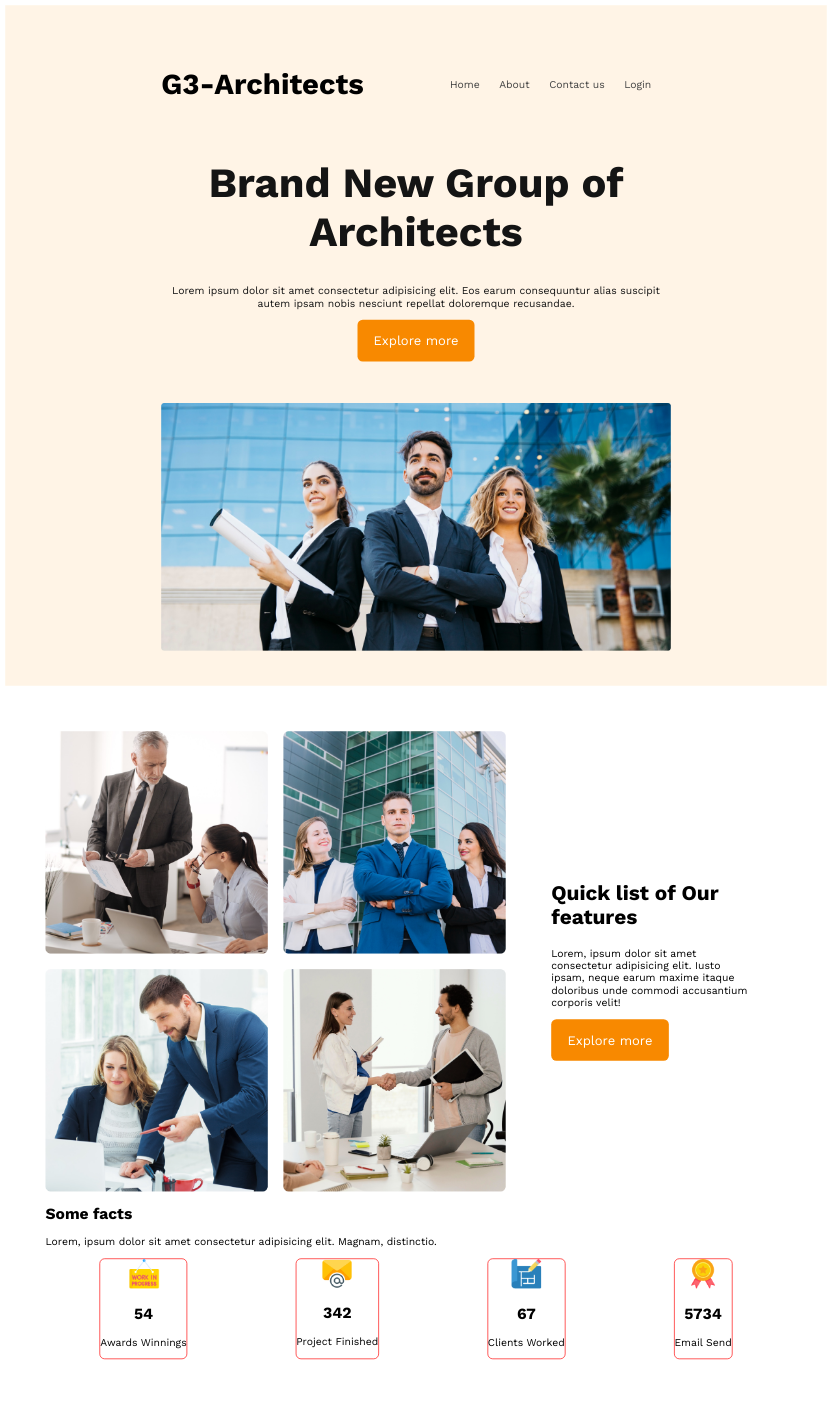
Repository: RudrasahaDibos/architects-resources
Page: index.html
These files come from the project's save history. The page is drawn as it stood at one moment and after the next save; the edit follows.
The browser window is 1280 px wide. The pictures show the whole page, at 65% of full size.

Above is the page before, as saved 2024-10-06 22:17:13.

After the next save:
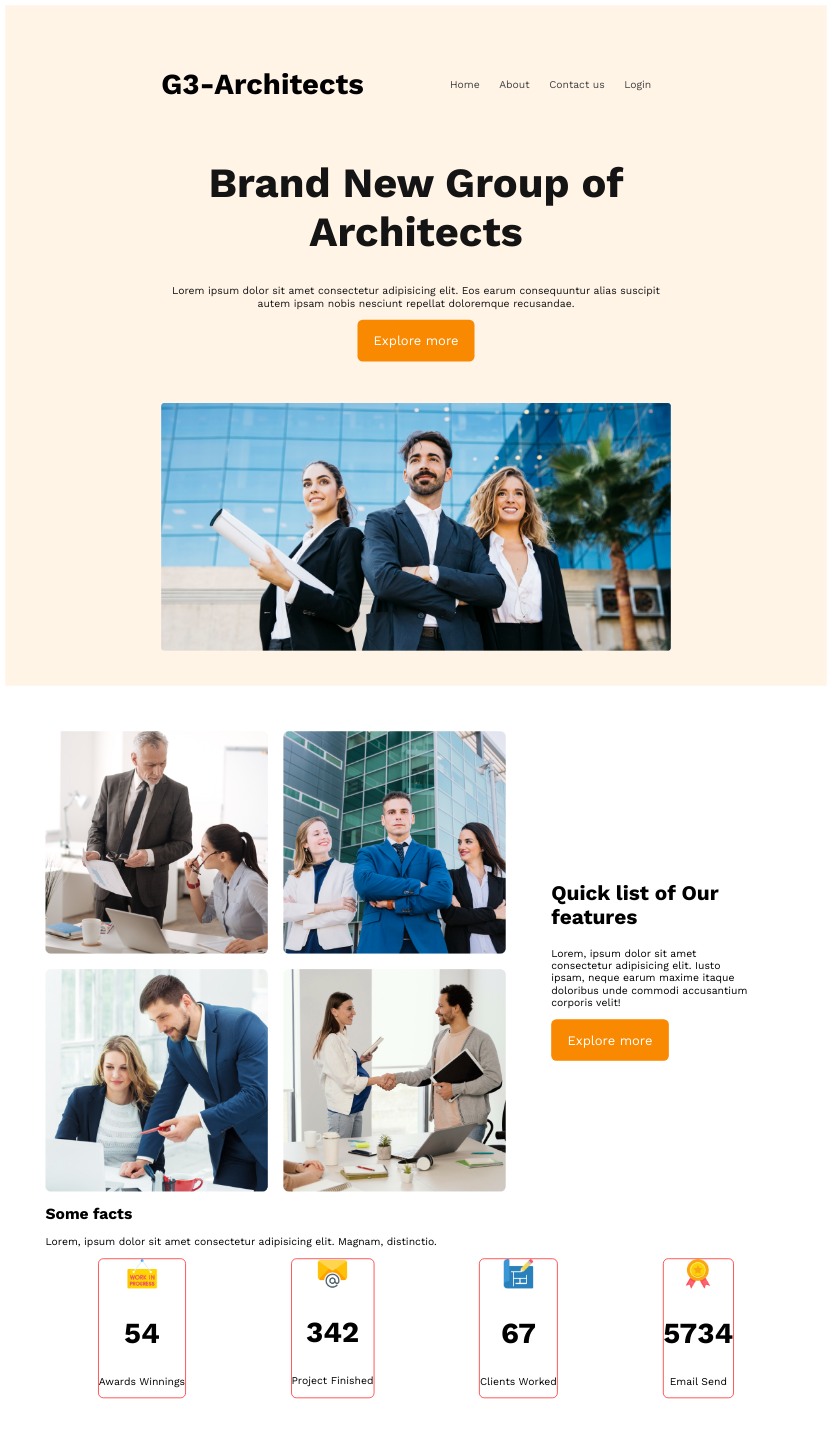
Saved 5 s later.
--- a/index.css
+++ b/index.css
@@ -114,7 +114,7 @@ nav li{
 
  }
 .fact-card-container .card-start{
-
+    font-size: 2.8rem;
 }
 
  /* media Quary */
